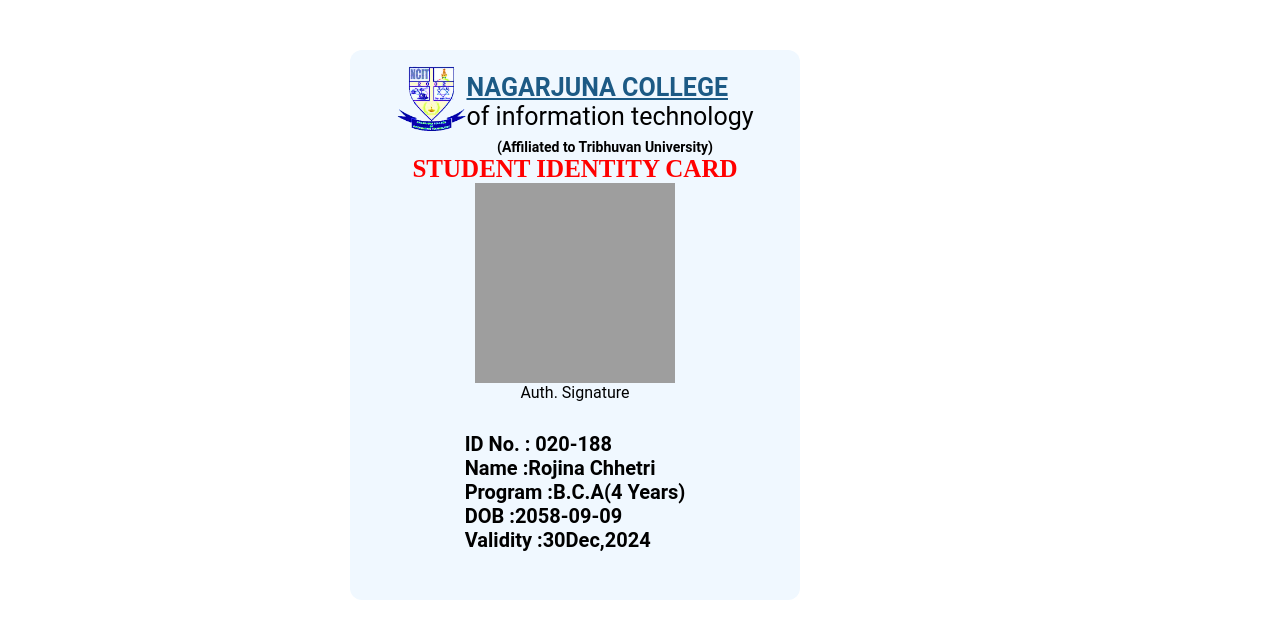
Repository: Rojinachhetri/roji
Page: rojina.html
An editor plug-in stored every save of this project. The page is shown before and after the next save, followed by the edit.
The browser window is 1280 px wide. The pictures show the whole page.
Pictures or frames that could not be fetched are drawn as grey boxes.

Above is the page before, as saved 2023-04-24 23:02:00.

### rojina.html
<!DOCTYPE html>
<html lang="en">

<head>
    <meta charset="UTF-8">
    <meta http-equiv="X-UA-Compatible" content="IE=edge">
    <meta name="viewport" content="width=device-width, initial-scale=1.0">
    <title>Nagrajuna college</title>
    <link rel="stylesheet" href="rojina.css">
</head>

<body>
    <div class="container">
        <div class="hero">
            <div class="card_logo">
                <img src="logo1.png" alt="logo" height="70px" width="70px">
            </div>
            <div class="hero_text">
                <div class="name">NAGARJUNA COLLEGE</div>
                <div class="class1">of information technology</div>
            </div>
        </div>
        <div class="header">(Affiliated to Tribhuvan University)</div>
        <div class="student">STUDENT IDENTITY CARD</div>
        <div class="hero1">
            <img src="./rojinaa.jpg" alt="picture" height="200px" width="200px">
            <div>Auth. Signature</div>
        </div>
        <div class="id">
            <div>ID No. : 020-188</div>
            <div>Name :Rojina Chhetri</div>
            <div>Program :B.C.A(4 Years)</div>
            <div>DOB :2058-09-09</div>
            <div>Validity :30Dec,2024</div>
        </div>

    </div>


</body>

</html>

### rojina.css
    * {
        box-sizing: border-box;
        padding: 0px;
        margin: 0px;
        font-family: RobotO, sans-serif;
    }

    .container {
        width: 450px;
        height: 550px;
        background-color: aliceblue;
        border: 2px 7px solid #1c5a85;
        display: flex;
        flex-direction: column;
        align-items: center;
        margin: 50px 150px 50px 350px;
        padding: 0px 10px 10px 10px;
        border-radius: 12px 12px 12px 12px;
    }

    .hero {
        display: flex;
        flex-direction: row;
        align-items: center;
        margin-top: 15px;
    }

    .hero_text {
        font-size: 25px;
    }

    .hero_text .name {
        text-decoration: underline;
        color: #1c5a85;
        font-weight: bolder;
    }

    .header {
        font-size: 14px;
        font-weight: bold;
        margin-left: 60px;
    }

    .hero1 {
        display: flex;
        flex-direction: column;
        align-items: center;
    }

    .student {
        font-size: 25px;
        font-weight: bolder;
        font-family: 'Times New Roman', Times, serif;
        color: red;
    }

    .id {
        font-size: 20px;
        margin-top: 30px;
        font-weight: bold;
    }

After the next save:
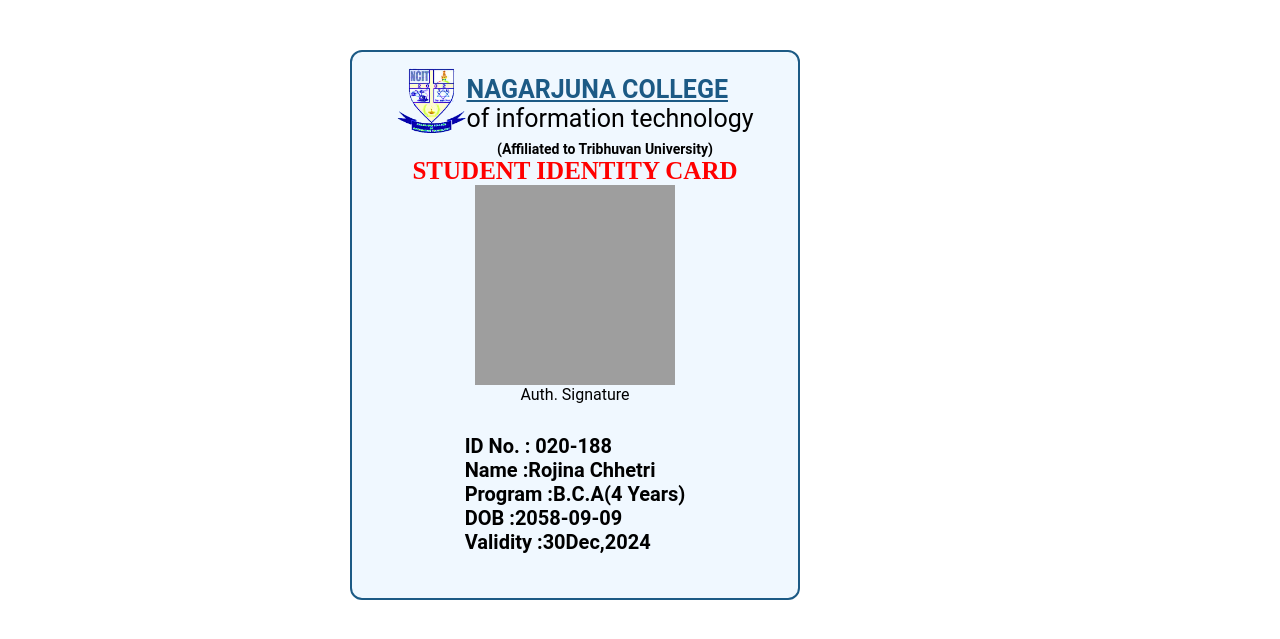
Saved 16 s later.
--- a/rojina.css
+++ b/rojina.css
@@ -9,7 +9,7 @@
         width: 450px;
         height: 550px;
         background-color: aliceblue;
-        border: 2px 7px solid #1c5a85;
+        border: 2px solid #1c5a85;
         display: flex;
         flex-direction: column;
         align-items: center;
